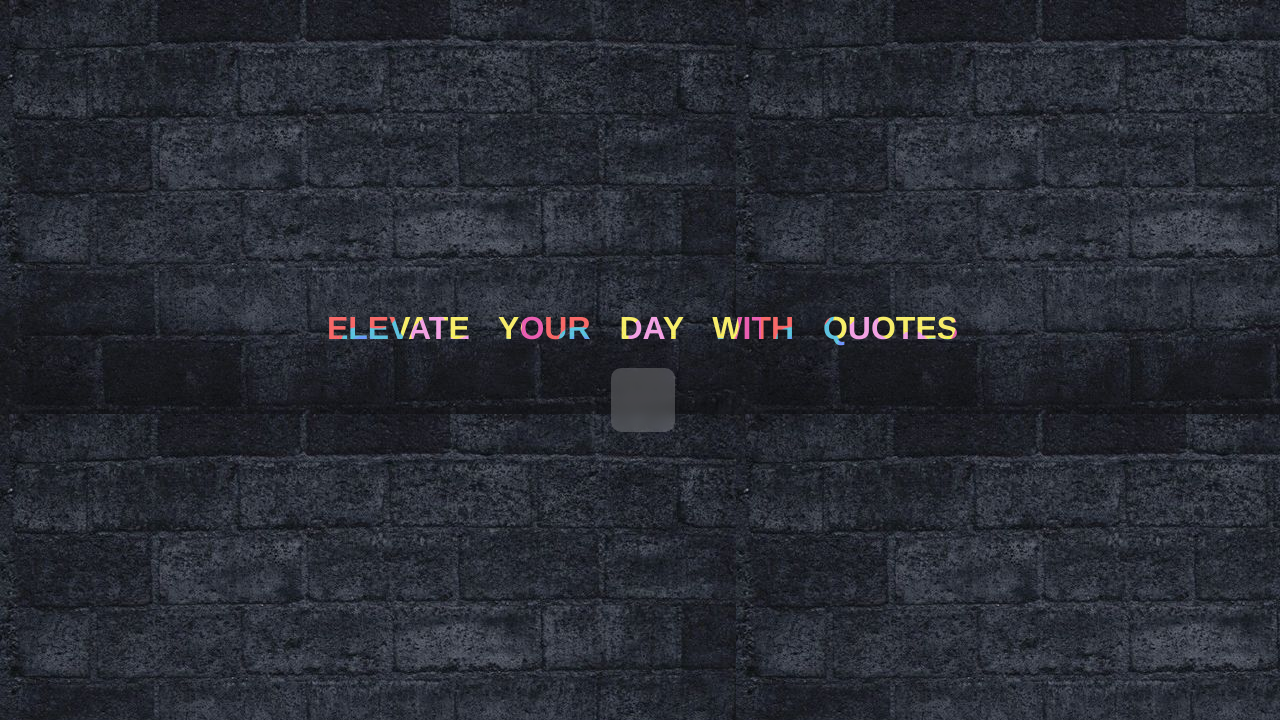
Repository: Bhavik-Sanghar/Quote-app
Page: /
An editor plug-in stored every save of this project. The page is shown before and after the next save, followed by the edit.
The browser window is 1280 px wide. The pictures show the whole page.
The pointer rests on the first visible `.quote-container h1`.
The page's requests for data from a server got no answer. The project was rebuilt for these pictures with package versions that can differ from the ones it lists, and the page was loaded fresh each time. No one was signed in, and anything a server would have sent is missing. Also part of the build but not shown: src/styles.css.

Above is the page before, as saved 2023-08-18 15:07:29.

### src/App.js
import React from 'react';
import './styles.css';
import QuoteComponent from './components/NewQuote'

function App() {
  return (
    <div className="App">

      <QuoteComponent/>


    </div>
  );
}

export default App;

### src/components/NewQuote.js
import React, { useEffect, useState } from "react";
import axios from "axios";
import './New.css'

const QuoteComponent = () => {
  const [quotes, setQuotes] = useState([]);
  const category = "inspirational";
  const apiKey = "EgtS4gqLsbjvHM2bBjKwBA==PYmsGLFQFXQzq0Na";

  useEffect(() => {
    fetchQuotes();
  }, []);

  const fetchQuotes = async () => {
    try {
      const response = await axios.get(
        `https://api.api-ninjas.com/v1/quotes?category=${category}&limit=`, // Fetching 5 quotes
        {
          headers: { "X-Api-Key": apiKey },
        }
      );
      console.log(response)
      setQuotes(response.data);
    } catch (error) {
      console.error("Error: ", error);
    }
  };

  return (
    <div className="quote-container">
      <h1>Elevate Your Day with Quotes</h1>
      <div className="card-container">
        {quotes.map((quote, index) => (
          <div key={index} className="card">
            <p className="quote-text">{quote.quote}</p>
            <p className="author">- {quote.author}</p>
          </div>
        ))}
      </div>
    </div>
  );
};

export default QuoteComponent;

### src/components/New.css
.quote-container{
  padding: auto;
  padding-left: 5px;
  display: flex;
  flex-direction: column;
  justify-content: center;
  align-items: center;
  min-height: 100vh;
  background-color : black;
  background-image: url(./bg.jpg);
  color : white;
}

.quote-container h1
  {
    background-image: url(./h1.jpg);
    background-repeat: repeat;
    -webkit-background-clip: text;
    -webkit-text-fill-color: transparent;
    text-align: center;
    word-spacing: 20px;
    font-weight: bold;
    text-transform: uppercase;
    font-family: 'Steelfish Rg', 'helvetica neue';
    font-weight: 800;
    -webkit-font-smoothing: antialiased;
    transition: background-color 0.3s ease-in-out;

}

.quote-container:hover {
  background-color: rgba(0, 0, 0, 0.8);
}


.card-container{
  backdrop-filter: blur(5px);
    background-color: hsla(0,0%,100%,.2);
    border-radius: 10px;
    padding: 2rem;
}

Loaded but not shown: public/index.html (common file); src/index.js (common file); src/index.css (common file); src/reportWebVitals.js (common file); public/manifest.json (common file)

After the next save:
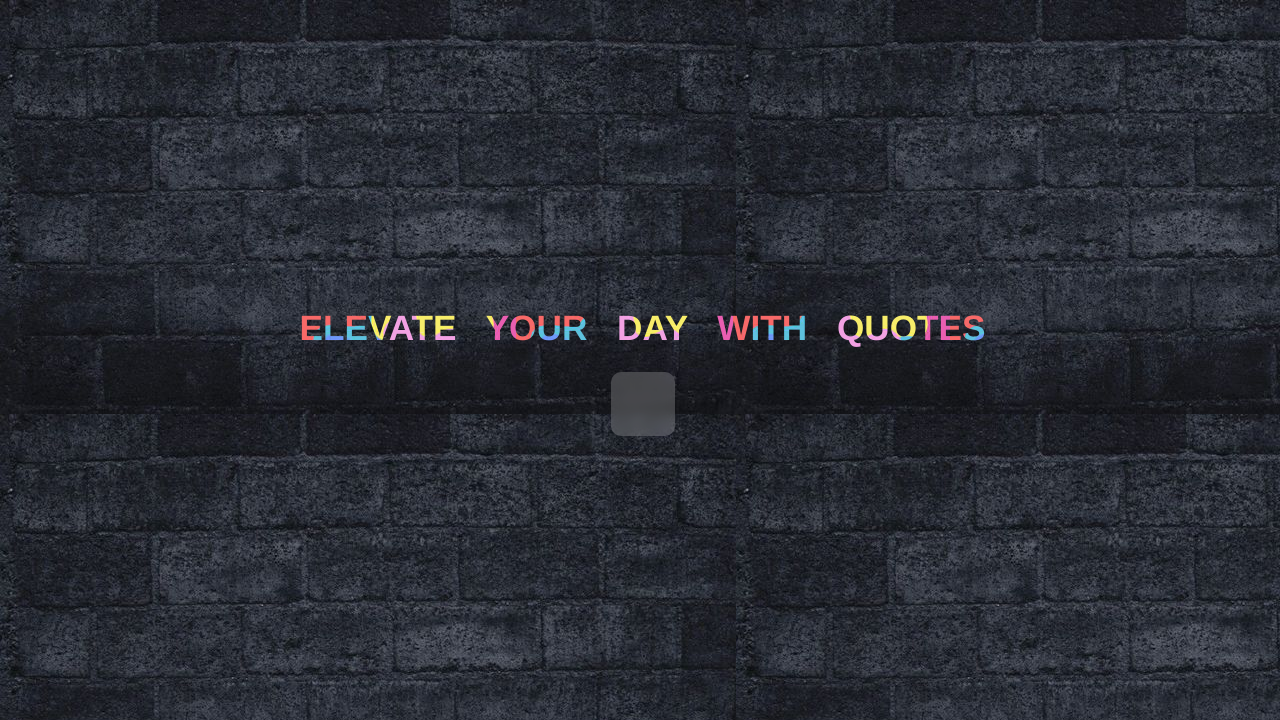
Saved 11 s later.
--- a/src/components/New.css
+++ b/src/components/New.css
@@ -28,6 +28,12 @@
 
 }
 
+.quote-container h1:hover {
+  /* Example animation - change font size on hover */
+  font-size: 2.2em;
+  transition: font-size 0.3s ease-in-out;
+}
+
 .quote-container:hover {
   background-color: rgba(0, 0, 0, 0.8);
 }
